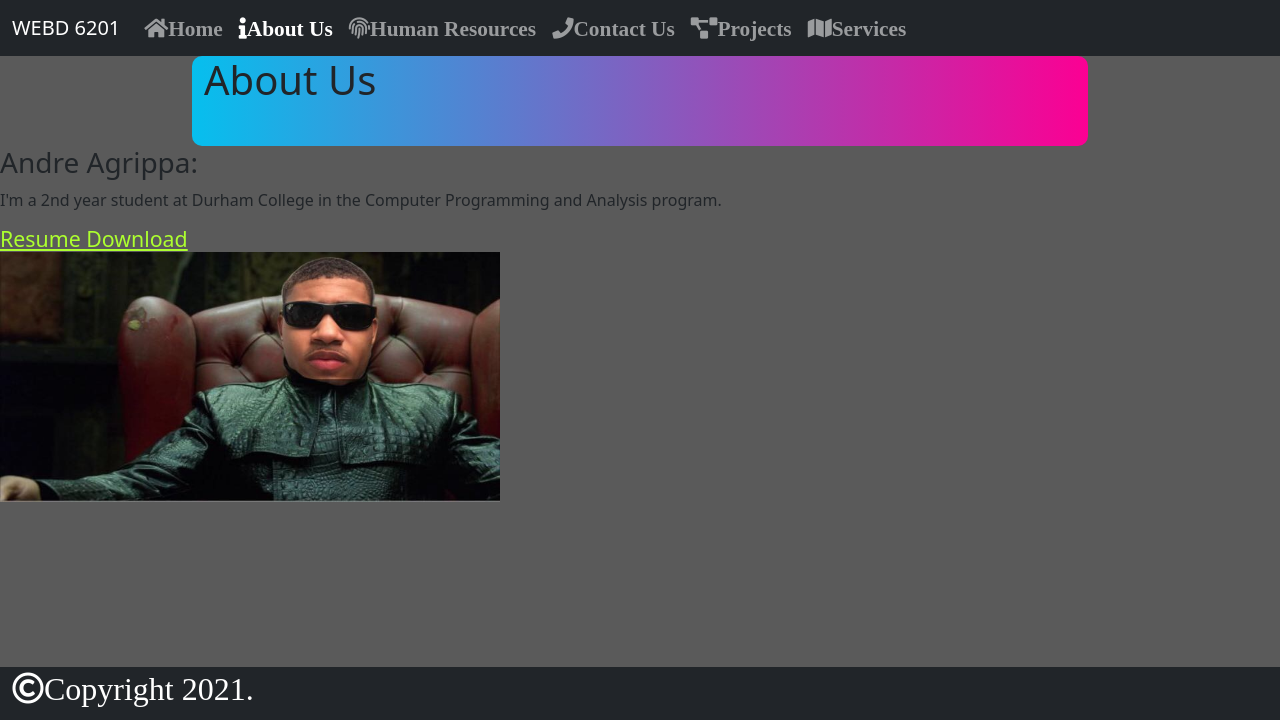
Repository: vans12345678/WEBD6201-W2021-Lab1
Page: about.html
These files come from the project's save history. The page is drawn as it stood at one moment and after the next save; the edit follows.
The browser window is 1280 px wide. The pictures show the whole page.

Above is the page before, as saved 2021-02-02 18:52:08.

### about.html
<!DOCTYPE html>
<html lang="en">
<head>
    <meta charset="UTF-8">
    <meta name="viewport" content="width=device-width, initial-scale=1.0">
    <title>About Us</title>

    <!-- CSS Section -->
    <link rel="stylesheet" href="./node_modules/bootstrap/dist/css/bootstrap.min.css">
    <link rel="stylesheet" href="./node_modules/@fortawesome/fontawesome-free/css/all.min.css">
    <link rel="stylesheet" href="./Content/app.css">
</head>
<body>
  <!-- Main Header -->
    <header>
      <!-- Main Navigation -->
        <nav class="navbar navbar-expand-lg navbar-dark bg-dark">
            <div class="container-fluid">
              <a id ="navHome" class="navbar-brand" href="index.html"></a>
              <button class="navbar-toggler" type="button" data-bs-toggle="collapse" data-bs-target="#navbarSupportedContent" aria-controls="navbarSupportedContent" aria-expanded="false" aria-label="Toggle navigation">
                <span class="navbar-toggler-icon"></span>
              </button>
              <div class="collapse navbar-collapse" id="navbarSupportedContent">
                <ul class="navbar-nav me-auto mb-2 mb-lg-0">
                  <li class="nav-item">
                    <a id = "navIndex" class="nav-link fas fa-home fa-lg" aria-current="page" href="index.html"></a>
                  </li>
                  <li class="nav-item">
                    <a id = "navAbout" class="nav-link active fas fa-info fa-lg" aria-current="page" href="about.html"></a>
                  </li>
                  <li class="nav-item">
                    <a id = "navHumanResources" class="nav-link fas fa-fingerprint fa-lg" aria-current="page" href="human-resources.html"></a>
                  </li>
                  <li class="nav-item">
                    <a id = "navContact" class="nav-link fas fa-phone fa-lg" aria-current="page" href="contact.html"></a>
                  </li>
                  <li class="nav-item">
                    <a id = "navProjects" class="nav-link fas fa-project-diagram fa-lg" aria-current="page" href="projects.html">Products</a>
                  </li>
                  <li class="nav-item">
                    <a id = "navServices" class="nav-link fas fa-map fa-lg" aria-current="page" href="services.html"></a>
                  </li>
                </ul>
              </div>
            </div>
          </nav>
    </header>
  <!-- Main Contents -->
    <main>
        <h1 id = "aboutTitle"class = "container"></h1>
        <p id="aboutAText"></p>
    </main>
    <!-- Main Footer -->
    <footer>
      <nav class="navbar fixed-bottom navbar-dark bg-dark">
          <div class="container-fluid">
              <h4><i id = "footer" class="far fa-copyright fa-lg site-footer"></i></h4>
          </div>
        </nav>
  </footer>
    <!-- Script Section -->
    <script src="./node_modules/jquery/dist/jquery.min.js"></script>
    <script src="./node_modules/bootstrap/dist/js/bootstrap.bundle.min.js"></script>
    <script src="./Scripts/app.js"></script>
</body>
</html>

### Content/app.css
/* custom css goes here */
.Vapor {
    background-image: url('../images/vapor.jpg');
    background-repeat: no-repeat;
    background-attachment: fixed;
    background-size: 100% 100%;
  }
  a {
    color: greenyellow;
  }
  body
  {
    background-color: rgb(90, 90, 90);
  }
  h1.container{
    border-radius: 10px;
    width: 70%;
    height: 90px;
    margin: 0px auto;
    background: linear-gradient(90deg,#06bfee,#fb0093)
  }
  h1.projects{
    background-color: white;
  }
  .contact-table{
    width: 100%;
    margin:  50px auto;
    background-color: white;
  }
  .contact-form
  {
    width: 100%;
    margin:  100px auto;
  }
  .warnMessage
  {
    width: 90%;
    margin:  50px;
  }
  .site-footer {
    color:white;
  }

### Scripts/app.js
/************************************************************
 * Name: Andre Agrippa, Michai Pryce
 * Date: 01/20/2021
 * Description: This file adds functionality to the Home,
 * About Us, Human Resources, Contact Us, Projects and Services
 * pages.
 * Date Completed:
 */

"use strict";


(function(){

    function DisplayNav()
    {
        let navTextElement = document.getElementById("navHome").textContent = "WEBD 6201";
        navTextElement = document.getElementById("navIndex").textContent = "Home";
        navTextElement = document.getElementById("navAbout").textContent = "About Us";
        navTextElement = document.getElementById("navHumanResources").textContent = "Human Resources";
        navTextElement = document.getElementById("navContact").textContent = "Contact Us";
        navTextElement = document.getElementById("navProjects").textContent = "Projects";
        navTextElement = document.getElementById("navServices").textContent = "Services";
        navTextElement = document.getElementById("footer").textContent = "Copyright 2021.";
    }

    function displayHome()
    {
        DisplayNav();
        let introText = "This is a simple site to demonstrate the specified requirements for Lab 1 WEBD 6201 - Client Side Scripting";
        let titleText = "Welcome to WEBD 6201";

        let introTextElement = document.getElementById("indexTitle").textContent = titleText;
        introTextElement = document.getElementById("indexParagraph").textContent = introText;

    }
    function displayAbout()
    {
        DisplayNav();

        //About Andre
        let aboutElement = document.getElementById("aboutTitle").textContent = "About Us";
        aboutElement = document.getElementById("aboutAText");
        aboutElement.innerHTML = `<h3>Andre Agrippa:</h3>
        <p>I'm a 2nd year student at Durham College in the Computer Programming and Analysis program.</p>
        <a class = "fa-lg" href="andre_resume.pdf" download>Resume Download</a></br>
        <img src="../images/morpheus.JPG" alt="" style="width:500px;height:250px;">`;

    }
    function displayProjects()
    {
        DisplayNav();

        //Projects 1
        let projectsElement = document.getElementById("projectsTitle").textContent = "Projects";
        projectsElement = document.getElementById("projectsText").innerHTML =
        `<h3>Project One: COBOL Item List</h3>
        <p>This project reads records from a .dat file, performs calculations on the data then outputs it to a .out file neatly formatted.</p>
        <img src="../images/p1.PNG" alt="" style="width:800px;height:500px;">`;

        //Projects 2
        projectsElement = document.getElementById("projectsText").innerHTML +=
        `<h3>Project Two: C#, XAML, MDF  Preferred Shares and Common Shares</h3>
        <p>This project uses XAML for the windows form and a database to keep track of common and preferred shares.
        The database keeps track of how many shares(common/preferred) are  available and validation is applied.</p>
        <img src="../images/p2.PNG" alt="" style="width:800px;height:500px;">`;

        //Projects 3
        projectsElement = document.getElementById("projectsText").innerHTML +=
        `<h3>Project Three: ASP.NET and MVC Framework Animal Shelter</h3>
        <p>This project is a web application that keeps track of animals, owners, appointment and login info in a database.
        Relational database concepts are applied.</p>
        <img src="../images/p3.PNG" alt="" style="width:800px;height:500px;">`;

    }
    function displayServices()
    {
        DisplayNav();
        let s1Header = "Web Development:";
        let s1Text = "We offer a variety of different web development (Front-end, Back-end, Databases). Languages (PHP, ASP.NET, JavaScript)";
        let s2Header = "Service 2:";
        let s2Text = "Service 2 text";
        let s3Header = "Service 3:";
        let s3Text = "Service 3 text";

        //Services 1
        let servicesElement = document.getElementById("servicesTitle").textContent = "Web Development";
        servicesElement = document.getElementById("servicesText").innerHTML =
        `<h3>Web Development:</h3>
        <p>We offer a variety of different web development (Front-end, Back-end, Databases). Languages (PHP, ASP.NET, JavaScript)</p>
        <img src="../images/s1.jpg" alt="" style="width:800px;height:500px;">`;

        //Services 2
        servicesElement = document.getElementById("servicesText").innerHTML +=
        `<h3>OOP Programming</h3>
        <p>We offer a variety of different Object Oriented Programming. We're experienced with C#, C++, Java etc.
        Whether it be windows forms applications, console applications GUI, etc.</p>
        <img src="../images/s2.png" alt="" style="width:800px;height:500px;">`;

        //Services 3
        servicesElement = document.getElementById("servicesText").innerHTML +=
        `<h3>Database Management System</h3>
        <p>It's been almost 3 years since we've had experience in database development. We've used software such as
        Microsoft SQL Server and PgAdmin4. Experienced with relational database concepts.</p>
        <img src="../images/s3.jpg" alt="" style="width:800px;height:500px;">`;


    }
    function displayContact()
    {
        DisplayNav();

        let messageArea = document.getElementById("messageArea");
        messageArea.hidden = true;

        //form validation
        let fullName = document.getElementById("fullName");
        fullName.addEventListener("blur", function()
        {
            if(fullName.value.length < 2)
            {
                fullName.focus();
                fullName.select();
                messageArea.hidden = false;
                messageArea.className = "alert alert-danger warnMessage";
                messageArea.textContent = "Please enter an appropriate name > 2 characters";
            }
            else
            {
                messageArea.removeAttribute("class");
                messageArea.hidden = true;
            }
        });
            let sendButton = document.getElementById("sendButton");
            sendButton.addEventListener("click", function(event)
            {
                //event.preventDefault();
                // //Displays twice?

                let contact = new Contact(fullName.value,contactNumber.value, emailAddress.value, shortMessage.value);

                console.log(contact.serialize());
                if(contact.serialize())
                {
                    localStorage.setItem((localStorage.length + 1).toString(),contact.serialize());
                }
            });
    }
    function displayContactList()
    {
        DisplayNav();
        if(localStorage.length > 0)
        {
            let contactList = document.getElementById("contactList");
            let data = "";

            for (let index = 0; index < localStorage.length; index++)
            {
                let contactData = localStorage.getItem((index + 1).toString());
                let contact = new Contact();

                contact.deserialize(contactData);

                data += `<tr>
                <th scope="row">${index + 1}</th>
                <td>${contact.FullName}</td>
                <td>${contact.ContactNumber}</td>
                <td>${contact.EmailAddress}</td>
                <td>${contact.ShortMessage}</td>
              </tr>`;
            }
            contactList.innerHTML = data;
        }

    }
    function displayHumanResources()
    {
        DisplayNav();
    }

    function Start()
    {
        console.log("App Started...");

        //Based of title of html
        switch(document.title)
        {
            case "Index":
                displayHome();
                break;
            case "About Us":
                displayAbout();
                break;
            case "Projects":
                displayProjects();
                break;
            case "Services":
                displayServices();
                break;
            case "Contact Us":
                displayContact();
                break;
            case "Contact-List":
                displayContactList();
                break;
            case "Human Resources":
                displayHumanResources();
                break;
        }


    }

    window.addEventListener("load", Start);

})();

Loaded but not shown: node_modules/bootstrap/dist/css/bootstrap.min.css (library); node_modules/@fortawesome/fontawesome-free/css/all.min.css (library); node_modules/jquery/dist/jquery.min.js (library); node_modules/bootstrap/dist/js/bootstrap.bundle.min.js (library)

After the next save:
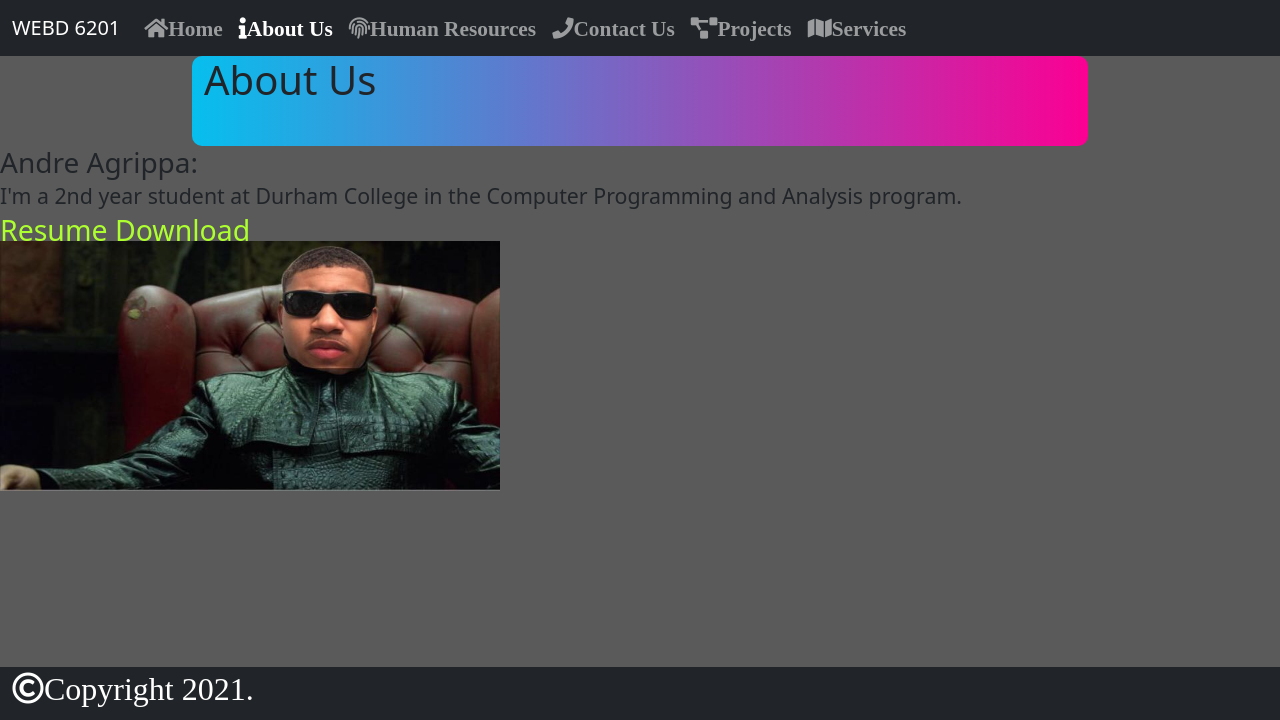
Saved 7 min 8 s later.
--- a/about.html
+++ b/about.html
@@ -48,7 +48,7 @@
   <!-- Main Contents -->
     <main>
         <h1 id = "aboutTitle"class = "container"></h1>
-        <p id="aboutAText"></p>
+        <p id="aboutAText" class = "fa-lg"></p>
     </main>
     <!-- Main Footer -->
     <footer>
